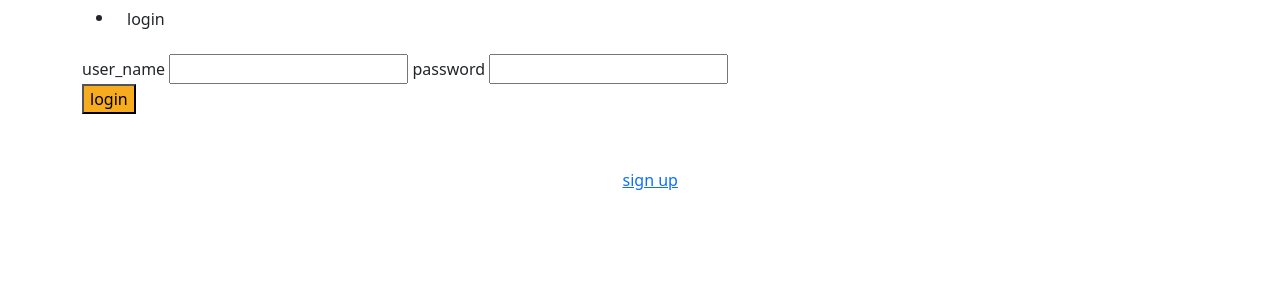
Repository: Yassin-Boushi/Safer
Page: http://localhost/login
The author's editor kept a copy of each file at every save. The page is drawn from the files as they stood at one save, then again after the next save.
The browser window is 1280 px wide. The pictures show the whole page.
The page is served by the project's Laravel application, run on PHP 8.4 with Laravel 9. Other server files are loaded and not shown.

Above is the page before, as saved 2025-01-29 07:52:22.

### routes/web.php
<?php

use App\Http\Controllers\AccountController;
use App\Http\Controllers\FlightController;
use App\Http\Controllers\TicketController;
use Illuminate\Support\Facades\Route;

/*
|--------------------------------------------------------------------------
| Web Routes
|--------------------------------------------------------------------------
|
| Here is where you can register web routes for your application. These
| routes are loaded by the RouteServiceProvider within a group which
| contains the "web" middleware group. Now create something great!
|
*/

Route::get('/', function () {
    return redirect('flights');
});

Route::view('login', 'login');

////////////////////////// account
Route::post('account/login', [AccountController::class, 'login']);
Route::get('account/logout', [AccountController::class, 'logout']);

////////////////////////////// flight
Route::resource('flights', FlightController::class);
Route::get('flight/edit/{id}', [FlightController::class, 'edit']);
Route::post('flight/update/{id}', [FlightController::class, 'update']);
Route::get('flight/destroy/{id}', [FlightController::class, 'destroy']);


////////////////////////////// ticket
Route::resource('tickets', TicketController::class);
Route::get('ticket/edit/{id}', [FlightController::class, 'edit']);
Route::post('ticket/update/{id}', [FlightController::class, 'update']);
Route::get('ticket/destroy/{id}', [FlightController::class, 'destroy']);

### resources/views/login.blade.php
<link href="/css/bootstrap.min.css" rel="stylesheet">
    <link rel="stylesheet" href="/css/sign_up.css">
<div class="container">
    <div class="frame h-auto">
        <div class="nav">
            <ul class="links">
                <li class="signin-active"><a class="btn">login </a></li>
            </ul>
        </div>
        <div ng-app ng-init="checked = false">

            <form class="form-signin" action="account" method="post" enctype="multipart/form-data" >
            @csrf
             <label for="user_name">user_name</label>
             <input class="form-styling" type="text" name="user_name" placeholder="" />
             <label for="password">password </label> <input class="form-styling" type="password" name="password" placeholder="" />
           <br>
            <input type="submit" style="background-color: rgb(247, 171, 30) " class=" btn-signup " value="login">
            <br>
            <br>


            <div class="" style="color:white;text-align:center;margin-top:30px"> or <a href="sign_up_student">sign up</a> </div>


            </form>

<script src="/js/bootstrap.bundle.min.js"></script>
    <script src="/js/all.min.js"></script>

Loaded but not shown: public/css/bootstrap.min.css (library)

After the next save:
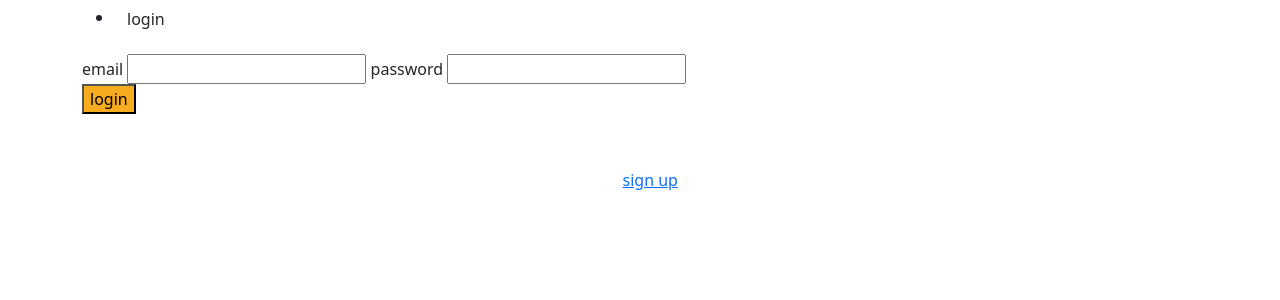
Saved 3 min 54 s later.
--- a/resources/views/login.blade.php
+++ b/resources/views/login.blade.php
@@ -11,8 +11,8 @@
 
             <form class="form-signin" action="account" method="post" enctype="multipart/form-data" >
             @csrf
-             <label for="user_name">user_name</label>
-             <input class="form-styling" type="text" name="user_name" placeholder="" />
+             <label for="email">email</label>
+             <input class="form-styling" type="text" name="email" placeholder="" />
              <label for="password">password </label> <input class="form-styling" type="password" name="password" placeholder="" />
            <br>
             <input type="submit" style="background-color: rgb(247, 171, 30) " class=" btn-signup " value="login">
